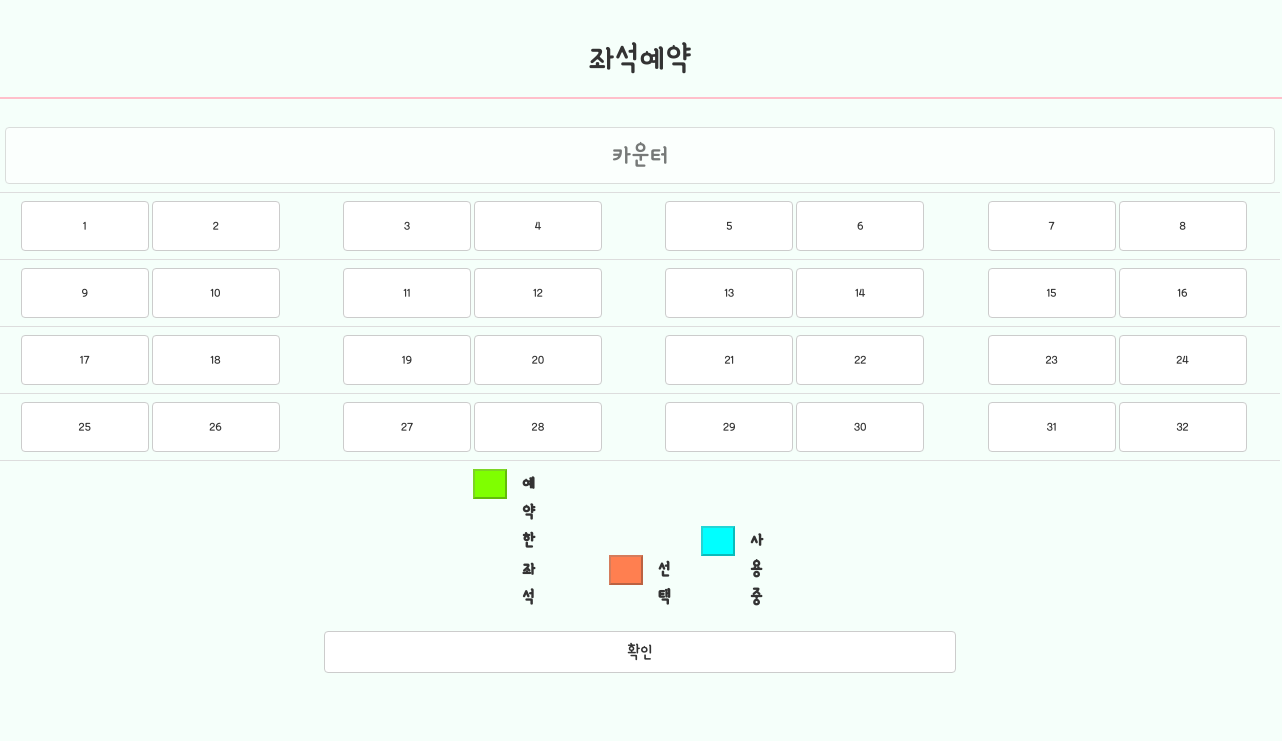
Repository: khm2034/cafe-system
Page: http://localhost/jspwebserver/WEB-INF/views/seat.jsp
These files come from the project's save history. The page is drawn as it stood at one moment and after the next save; the edit follows.
The browser window is 1280 px wide. The page is 1282 px wide, so the pictures cover 1282 px, including what lies to the right of the window. The pictures show the whole page.
Some web libraries are served in a nearby version. The page is served by Tomcat 9. Nobody is signed in. The template is opened directly, without the code that normally fills it, so the values that code supplies are empty.

Above is the page before, as saved 2017-12-16 17:22:32.

After the next save:
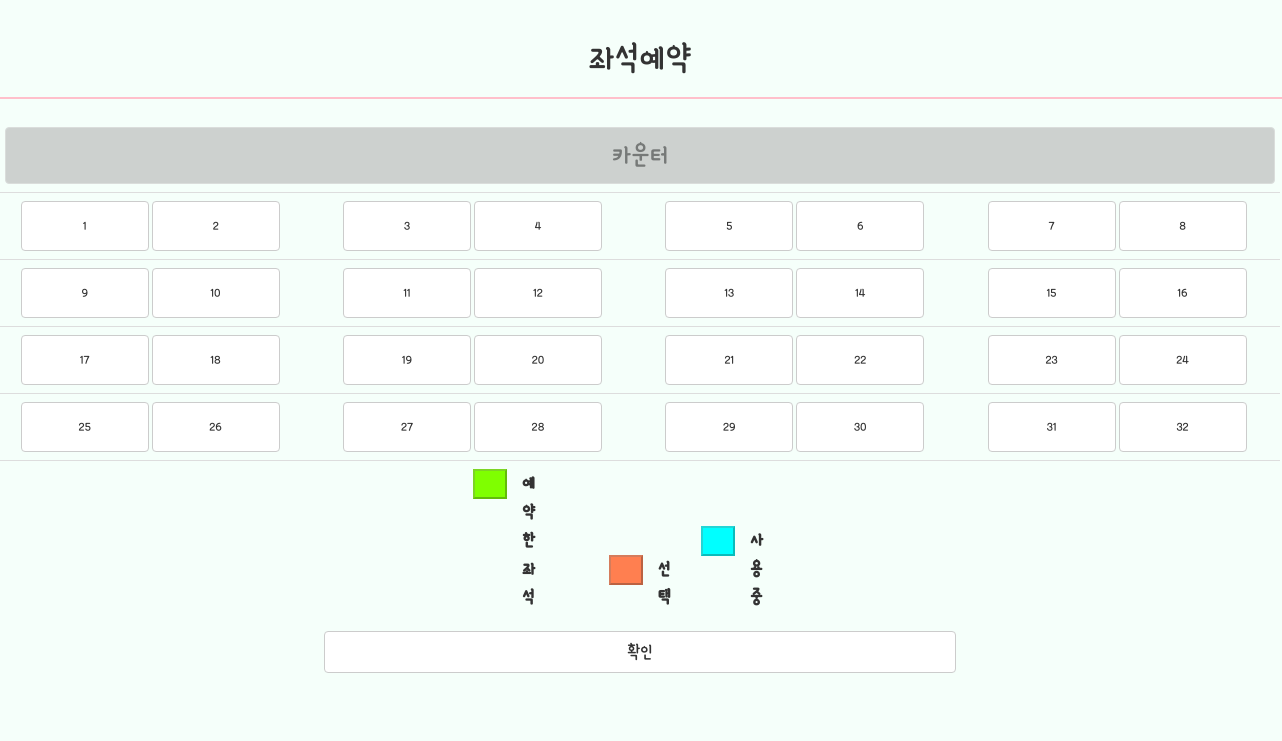
Saved 77 s later.
--- a/jsp/jspwebserver/src/main/webapp/resources/css/custom.css
+++ b/jsp/jspwebserver/src/main/webapp/resources/css/custom.css
@@ -149,7 +149,7 @@ input[type="date"]{
 .counter > button{
   width: 100%;
   font-size: 30px;
-  background-color: #b9b9b9;
+  background-color: #b9b9b9 !important;
 }
 
 .seat{
